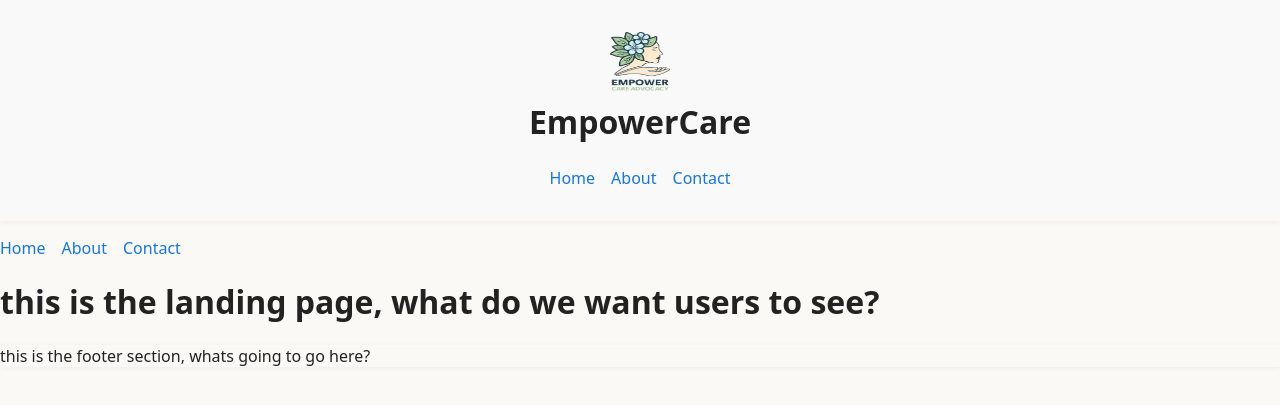
Repository: mcamarco/empowercare
Page: /
The author's editor kept a copy of each file at every save. The page is drawn from the files as they stood at one save, then again after the next save.
The browser window is 1280 px wide. The pictures show the whole page.
The project was rebuilt for these pictures with package versions that can differ from the ones it lists, and the page was loaded fresh each time. The framework's server and built-in components were replaced by stand-ins that run in the browser. Also part of the build but not shown: next.config.ts.

Above is the page before, as saved 2025-05-29 12:24:50.

### src/app/layout.tsx
// Imports
import Navigation from '@/components/Navigation'
import Header from '@/components/Header'
import Footer from '@/components/Footer'
import './globals.css'

// Export the RootLayout component as the default export
export default function RootLayout({ children }) {
  // The RootLayout component receives 'children' as a prop, which will be the content of each specific page
  return (
    // Set the language of the HTML document to English
    <html lang="en">
      <body>
        {/* Render the Header component at the top of every page */}
        <Header />
        {/* Render the Navigation component below the header on every page */}
        <Navigation />
        {/* Render the main content of the current page */}
        <main>
          {children}
        </main>
        {/* Render the Footer component at the bottom of every page */}
        <Footer />
      </body>
    </html>
  )
}

### src/app/page.tsx
export default function Home() {
  return (
    <main>
      <h1>this is the landing page, what do we want users to see? </h1>
    </main>
  );
}

### src/components/Navigation.tsx
import Link from "next/link";

export default function Navigation() {
  return (
    <nav style={{ marginTop: "1rem" }}>
      <Link href="/" style={{ marginRight: "1rem" }}>Home</Link>
      <Link href="/about" style={{ marginRight: "1rem" }}>About</Link>
      <Link href="/contact">Contact</Link>
    </nav>
  );
}

### src/components/Header.tsx
import Image from "next/image";
import Navigation from "./Navigation";

export default function Header() {
  return (
    <header style={{ padding: "2rem 0", textAlign: "center", background: "#f9f9f9" }}>
      <div style={{ display: "flex", flexDirection: "column", alignItems: "center" }}>
        <Image src="/logo.png" alt="Company Logo" width={60} height={60} />
        <h1 style={{ margin: "0.5rem 0 0.5rem 0" }}>EmpowerCare</h1>
      </div>
      <Navigation />
    </header>
  );
}

### src/components/Footer.tsx
export default function Footer() {
  return (
    <footer>
      <p> this is the footer section, whats going to go here?</p>
    </footer>
  );
}

### src/app/globals.css
body {
  margin: 0;
  font-family: system-ui, sans-serif;
  background: #faf9f6;
  color: #222;
}

a {
  text-decoration: none;
  color: #1976d2;
}

a:hover {
  text-decoration: underline;
}

header, footer {
  box-shadow: 0 1px 6px rgba(0,0,0,0.05);
}

After the next save:
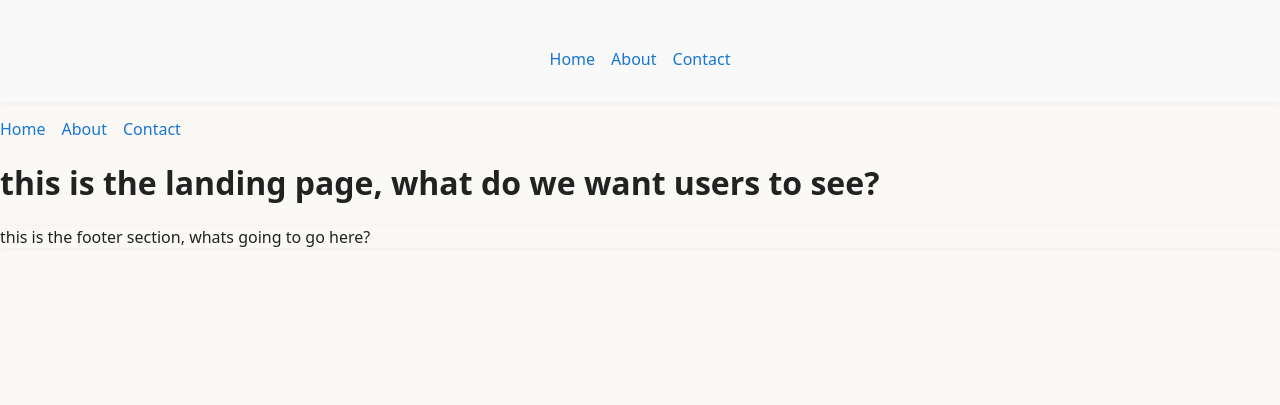
Saved 15 s later.
--- a/src/components/Header.tsx
+++ b/src/components/Header.tsx
@@ -4,10 +4,10 @@
 export default function Header() {
   return (
     <header style={{ padding: "2rem 0", textAlign: "center", background: "#f9f9f9" }}>
-      <div style={{ display: "flex", flexDirection: "column", alignItems: "center" }}>
+      {/* <div style={{ display: "flex", flexDirection: "column", alignItems: "center" }}>
         <Image src="/logo.png" alt="Company Logo" width={60} height={60} />
         <h1 style={{ margin: "0.5rem 0 0.5rem 0" }}>EmpowerCare</h1>
-      </div>
+      </div> */}
       <Navigation />
     </header>
   );

After the save that followed:
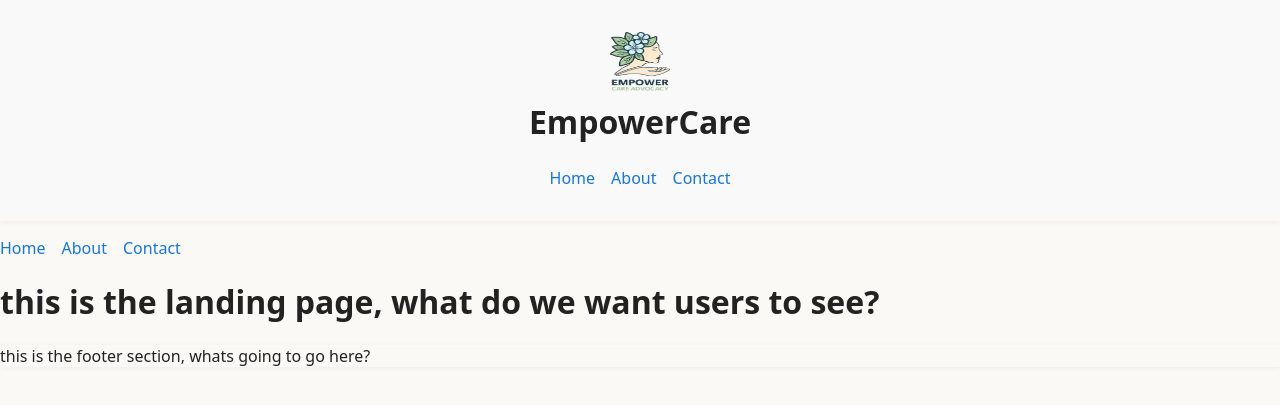
Saved 4 s later.
--- a/src/components/Header.tsx
+++ b/src/components/Header.tsx
@@ -4,10 +4,10 @@
 export default function Header() {
   return (
     <header style={{ padding: "2rem 0", textAlign: "center", background: "#f9f9f9" }}>
-      {/* <div style={{ display: "flex", flexDirection: "column", alignItems: "center" }}>
+      <div style={{ display: "flex", flexDirection: "column", alignItems: "center" }}>
         <Image src="/logo.png" alt="Company Logo" width={60} height={60} />
         <h1 style={{ margin: "0.5rem 0 0.5rem 0" }}>EmpowerCare</h1>
-      </div> */}
+      </div>
       <Navigation />
     </header>
   );
